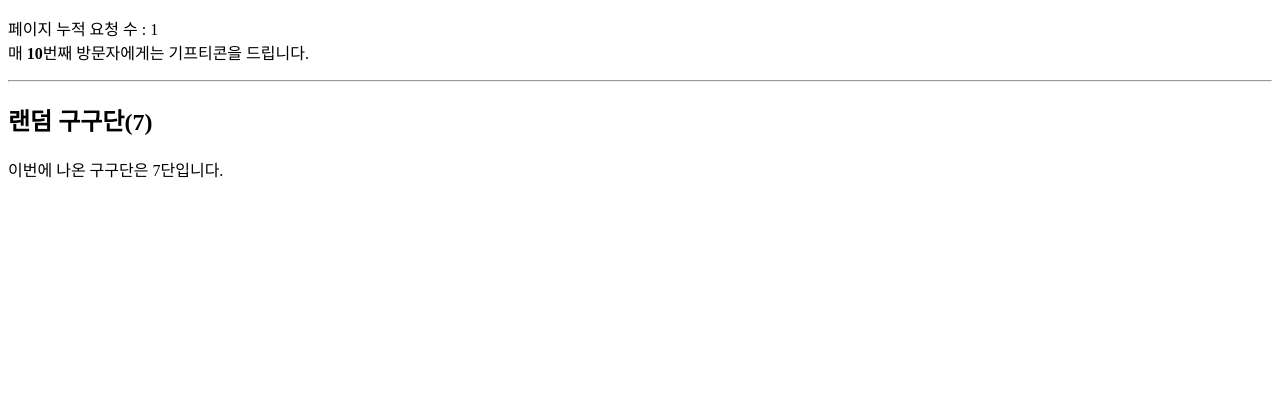
Repository: dev-leeJin/jsp-practice
Page: http://localhost/JSPBasic/jspTag/TagQ02.jsp
The author's editor kept a copy of each file at every save. The page is drawn from the files as they stood at one save, then again after the next save.
The browser window is 1280 px wide. The pictures show the whole page.
The page is served by Tomcat 9.

Above is the page before, as saved 2022-02-03 00:44:38.

After the next save:
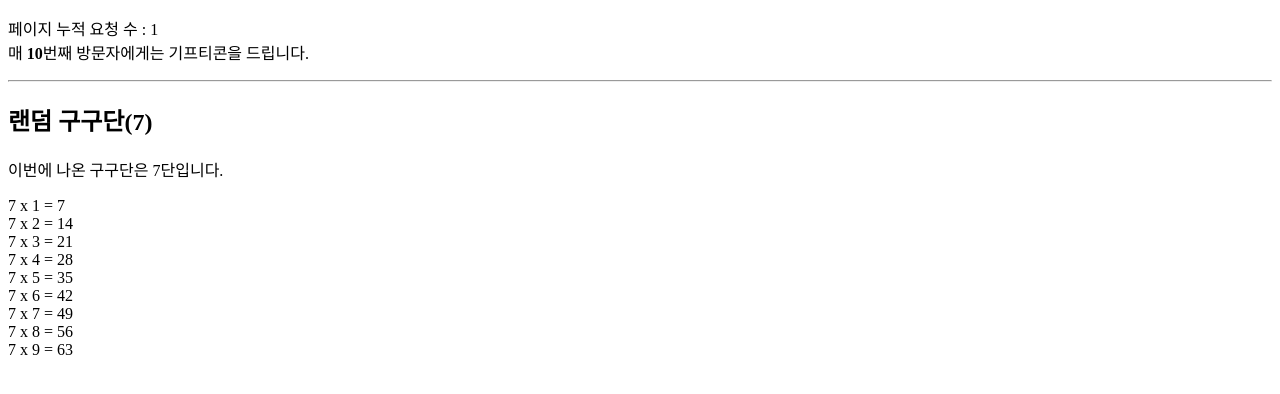
Saved 2 min 18 s later.
--- a/JSPBasic/src/main/webapp/jspTag/TagQ02.jsp
+++ b/JSPBasic/src/main/webapp/jspTag/TagQ02.jsp
@@ -25,5 +25,10 @@
 		<p>
 			이번에 나온 구구단은 <%=num %>단입니다.
 		</p>
+		<p>
+			<% for(int i=1; i<=9; i++){ %>
+				<%= num %> x <%=i %> = <%=num * i %><br>
+			<%} %>
+		</p>
 </body>
 </html>
